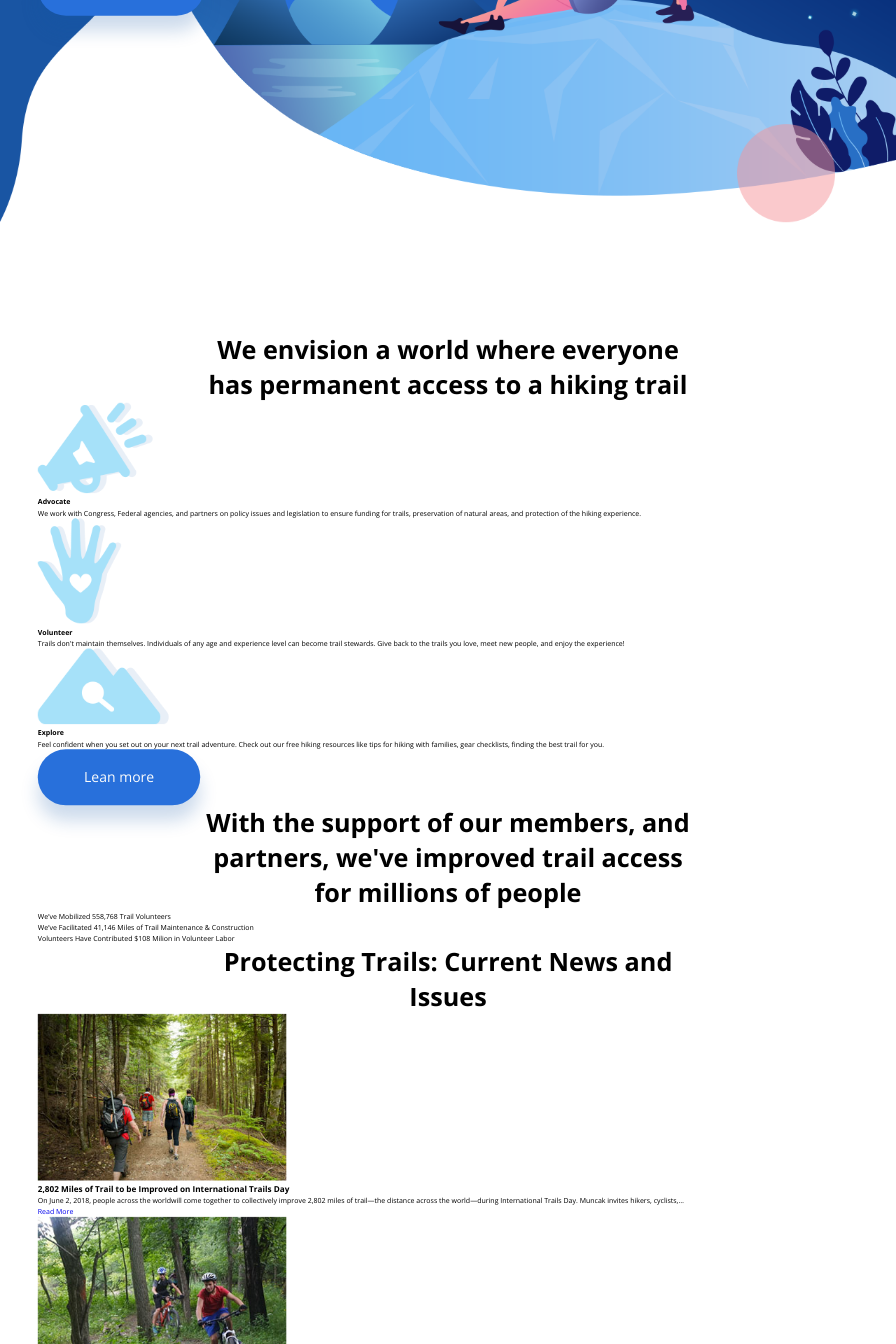
Repository: huubinh98/Project
Page: muncak/index.html
These files come from the project's save history. The page is drawn as it stood at one moment and after the next save; the edit follows.
The browser window is 1280 px wide. The pictures show the part of the page from y = 709 to 2629 px (the page is 3513 px tall), at 70% of full size.

Above is the page before, as saved 2021-08-28 17:19:46.

### muncak/index.html
<!DOCTYPE html>
<html lang="en">

<head>
    <meta charset="UTF-8">
    <meta http-equiv="X-UA-Compatible" content="IE=edge">
    <meta name="viewport" content="width=device-width, initial-scale=1.0">
    <link rel="stylesheet" href="./style.css">
    <link rel="preconnect" href="https://fonts.googleapis.com">
    <link rel="preconnect" href="https://fonts.gstatic.com" crossorigin>
    <link href="https://fonts.googleapis.com/css2?family=Open+Sans:wght@300;400;600;700&display=swap" rel="stylesheet">
    <title>Muncak</title>
</head>

<body>
    <header class="header">
        <div class="container header-nav">
            <h1 class="logo"><a href="" class="logo-link"><img src="./image/Muncak.png" alt="" class="logo-img"></a>
            </h1>
            <ul class="nav-list">
                <li class="nav-item">
                    <a href="" class="nav-item-link">Home</a>
                </li>
                <li class="nav-item">
                    <a href="" class="nav-item-link">Go Hiking</a>
                </li>
                <li class="nav-item">
                    <a href="" class="nav-item-link">About</a>
                </li>
                <li class="nav-item">
                    <a href="" class="nav-item-link nav-highlight">Login</a>
                </li>
            </ul>
        </div>
        <div class="container-small">
            <h1 class="heading-banner">Lets get the top of Moutain</h1>
            <p class="heading-desc">Here is the hiking information you need to decide
                if it is right for you, and to make it more interesting,
                enjoyable, and safe.</p>
            <a href="#" class="btn c"> Get Started</a>
        </div>
    </header>
    <section class="about">
        <div class="container-small">
            <h2 class="heading-name">We envision a world where everyone
                has permanent access to a hiking trail</h2>
            <div class="about-item">
                <img src="./image/loa.png" alt="loa" class="about-img">
                <div class="about-content">
                    <h4 class="about-content-heading">Advocate</h4>
                    <p class="about-content-desc">We work with Congress, Federal agencies, and partners on policy issues
                        and legislation to ensure funding for trails, preservation of natural areas, and protection of
                        the hiking experience.</p>
                </div>
            </div>
            <div class="about-item">
                <img src="./image/bantay.png" alt="loa" class="about-img">
                <div class="about-content">
                    <h4 class="about-content-heading">Volunteer </h4>
                    <p class="about-content-desc">Trails don't maintain themselves. Individuals of any age and
                        experience level can become trail stewards. Give back to the trails you love, meet new people,
                        and enjoy the experience!</p>
                </div>
            </div>
            <div class="about-item">
                <img src="./image/nui.png" alt="loa" class="about-img">
                <div class="about-content">
                    <h4 class="about-content-heading">Explore</h4>
                    <p class="about-content-desc">Feel confident when you set out on your next trail adventure. Check
                        out our free hiking resources like tips for hiking with families, gear checklists, finding the
                        best trail for you.</p>
                </div>
            </div>
            <a href="" class="btn">Lean more</a>
        </div>
        <div class="container-small">
            <h2 class="heading-name">With the support of our members, and partners, we've improved trail access for millions of people</h2>
            <div class="customer-content">
                <p class="customer-text">We’ve Mobilized <span>558,768</span> Trail Volunteers</p>
                <p class="customer-text">We’ve Facilitated <span>41,146</span>
                    Miles of Trail Maintenance & Construction</p>
                <p class="customer-text">Volunteers Have Contributed <span>$108 Milion</span> in Volunteer Labor</p>
            </div>
        </div>
    </section>

    <!-- -----------new--------------- -->
    <section class="new">
        <div class="container-small">
            <h2 class="heading-name">Protecting Trails: Current News and Issues</h2>
            <div class="new-content">
                <div class="new-item">
                    <a href="#" class="new-item-link">
                        <img src="./image/pic1.jpg" alt="pic1" class="new-item-img">
                    </a>
                    <div class="new-item-text">
                        <h3 class="new-item-name">2,802 Miles of Trail to be Improved on International Trails Day</h3>
                        <p class="new-item-desc">On June 2, 2018, people across the worldwill come together to
                            collectively improve 2,802 miles of trail—the distance across the world—during International
                            Trails Day. Muncak invites hikers, cyclists,…</p>
                        <a href="#" class="new-item-link">Read More</a>
                    </div>
                </div>
                <div class="new-item">
                    <a href="#" class="new-item-link">
                        <img src="./image/pic2.jpg" alt="pic1" class="new-item-img">
                    </a>
                    <div class="new-item-text">
                        <h3 class="new-item-name">Four Ways to Celebrate International Trails Day on a Bicycle</h3>
                        <p class="new-item-desc">There are many ways to celebrate the International Trails Day on June 2. It’s even possible to participate on a bicycle. And if you go on a bike overnight trip during International Trails Dayyou will simultaneously…</p>
                        <a href="#" class="new-item-link">Read More</a>
                    </div>
                </div>
                <div class="new-item">
                    <a href="#" class="new-item-link">
                        <img src="./image/pic3.jpg" alt="pic1" class="new-item-img">
                    </a>
                    <div class="new-item-text">
                        <h3 class="new-item-name">Millennials are the Future of our Trails</h3>
                        <p class="new-item-desc">The smell of fresh dew is a welcome scent, as the crunch of my boots melds with the sound of the birds singing their morning song. It’s early and I am wearing layers, but it won’t be long until they are peeled away to adapt to the summer…</p>
                        <a href="#" class="new-item-link">Read More</a>
                    </div>
                </div>
            </div>
        </div>
    </section>

    <div class="contact-footer">
        <div class="container">
            <h5 class="contact-heading">Receive the latest updates on how to protect trails.
                Subscribe to the monthly edition of Paperless Trails.</h5>
            <form action="">
                <input type="text" name="Name" id="" class="form-input">
                <input type="text" name="Email" id="" class="form-input">
                <button type="submit">Subscribe</button>
            </form>
        </div>
        <footer class="footer container">
            <div class="footer-info">
                <div class="footer-item">
                    <h4>Contact US</h4>
                    <p>Muncak hiking society
                        8605 Second Ave.
                        Silver Spring, MD 20910</p>
                    <p>
                        <span>Info@muncak.org</span>
                        <span>1-301-565-6704 (Main)</span>
                        <span>1-800-972-8608 (Toll-free)</span>
                    </p>
                </div>
                <div class="footer-item">
                    <h4>About us</h4>
                    <ul>
                        <li>
                            <a href="">Our Mission</a>
                        </li>
                        <li>
                            <a href="">Our Team</a>
                        </li>
                        <li>
                            <a href="">Corporate Sponsors</a>
                        </li>
                        <li>
                            <a href="">Financials</a>
                        </li>
                        <li>
                            <a href="">Media Center</a>
                        </li>
                    </ul>
                </div>
                <div class="footer-item">
                    <h4>Our Programs</h4>
                    <ul>
                        <li>
                            <a href="">Hike The Hill</a>
                        </li>
                        <li>
                            <a href="">Volunteer Vacations</a>
                        </li>
                        <li>
                            <a href="">Alternative Break</a>
                        </li>
                    </ul>
                </div>
                <div class="footer-item">
                    <h4>support trails</h4>
                    <ul>
                        <li>
                            <a href="">Donate</a>
                        </li>
                        <li>
                            <a href="">Individual Membership</a>
                        </li>
                        <li>
                            <a href="">Gift membership</a>
                        </li>
                        <li>
                            <a href="">Hiker Store</a>
                        </li>
                    </ul>
                </div>
                <div class="footer-item">
                    <h4>hiking resources</h4>
                    <ul>
                        <li>
                            <a href="">Hikes Near You</a>
                        </li>
                        <li>
                            <a href="">Hiking 101</a>
                        </li>
                        <li>
                            <a href="">Muncak Blog</a>
                        </li>
                        <li>
                            <a href="">Hiking Organizations</a>
                        </li>
                    </ul>
                </div>
            </div>
            <ul class="socical">
                <li class="socical-item">
                    <a href="" class="socical-item-link">
                        <img src="./image/instar.png" alt="" class="socical-item-img">
                    </a>
                </li>
                <li class="socical-item">
                    <a href="" class="socical-item-link">
                        <img src="./image/facebook.png" alt="" class="socical-item-img">
                    </a>
                </li>
                <li class="socical-item">
                    <a href="" class="socical-item-link">
                        <img src="./image/tiwer.png" alt="" class="socical-item-img">
                    </a>
                </li>
            </ul>
        </footer>
    </div>
</body>

</html>

### muncak/style.css
* {
    margin: 0;
    padding: 0;
    box-sizing: border-box;
}

html {
    font-size: 62.5%;
    line-height: 1.6rem;
    font-family: 'Open Sans', sans-serif;
    scroll-behavior: smooth;
}

ul, li {
    list-style: none;
}

a {
    text-decoration: none;
}

.container {
    max-width: 1404px;
    width: 100%;
    margin: 0 auto;
}

.container-small {
    max-width: 1172px;
    width: 100%;
    margin: 0 auto;
}

.btn {
    font-size: 2rem;
    line-height: 8rem;
    color: #fbfcfc;
    background-color: #2870db;
    border-radius: 40px;
    display: inline-block;
    padding: 0 66px;
    box-shadow: 0 22px 24px rgba(17, 83, 165, 0.21);
}

.btn:hover {
    background-color: #1153a5;
}

.header {
    margin: 0 auto;
    max-width: 1900px;
    height: 1026px;
    background-color: white;
    background-image: url(./image/backgroudleft1.png), url(./image/Muncak-Landing-Page.png);
    background-position: left bottom, right top;
    background-repeat: no-repeat, no-repeat;
}

.header-nav {
    display: flex;
    justify-content: space-between;
    padding-top: 85px;
}

.logo{

}
.logo-link{

}
.logo-img{

}
.nav-list{

}
.nav-item{
    display: inline-block;
}
.nav-item-link{
    font-size: 1.8rem;
    font-weight: 400;
    line-height: 3.6rem;
    color: #fff;
    padding: 0 36px;
    display: inline-block;
}

.nav-highlight {
    background-color: #fff;
    color: #14215e;
    border-radius: 14px;
}

.heading-banner {
    font-size: 5rem;
    line-height: 6rem;
    color: #1c2056;
    margin-top: 144px;
    max-width: 400px;
}

.heading-desc {
    font-size: 1.8rem;
    line-height: 4rem;
    color: rgba(45, 32, 88, 0.65);
    max-width: 400px;
    margin-top: 43px;
    margin-bottom: 103px;
}

.btn-heading {
    margin-bottom: 310px;
}


/* -----------about---------------- */
.about {
    padding-top: 158px;
}

.heading-name {
    font-size: 3.6rem;
    line-height: 5rem;
    max-width: 700px;
    text-align: center;
    margin: 0 auto;

}

After the next save:
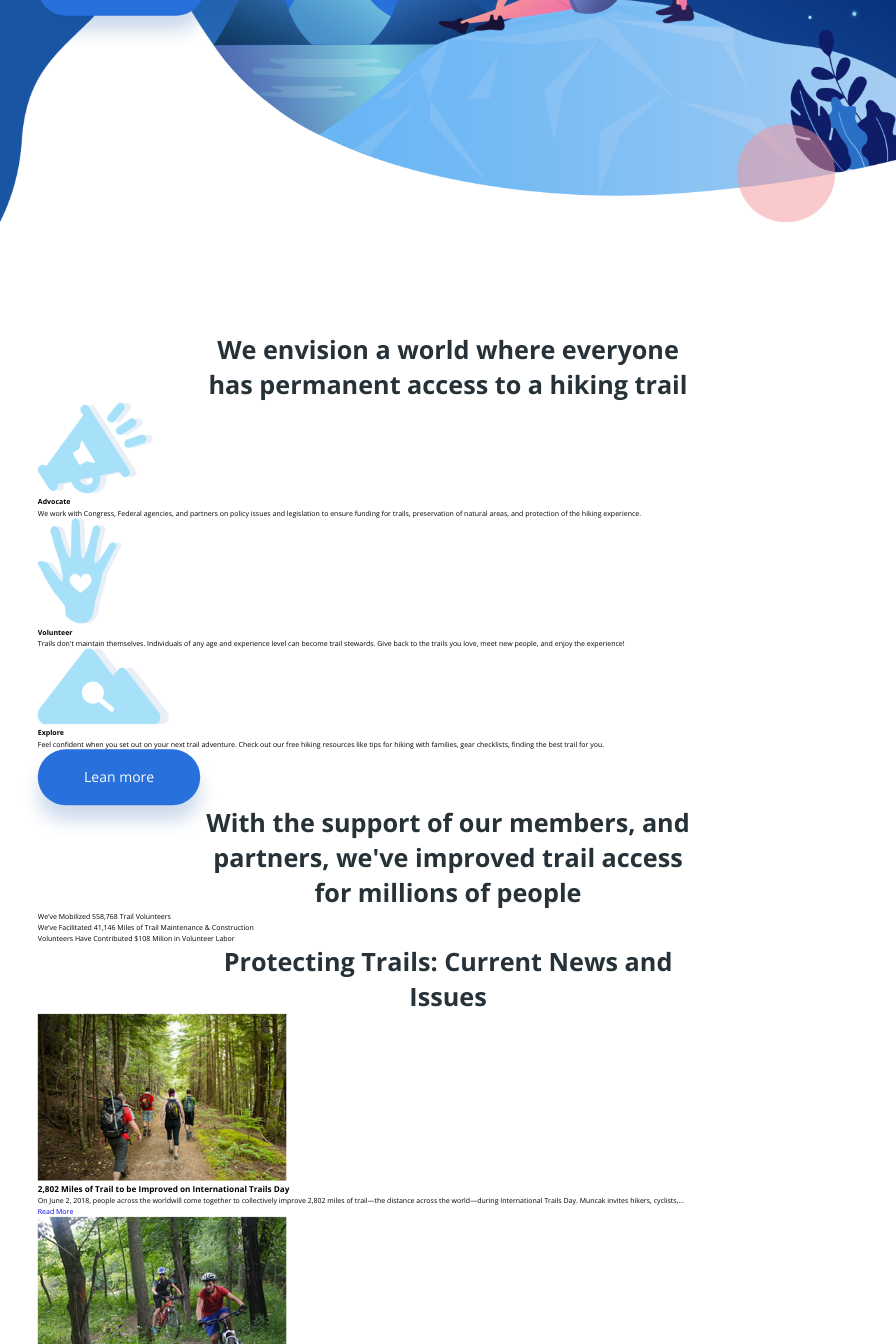
Saved 19 s later.
--- a/muncak/style.css
+++ b/muncak/style.css
@@ -125,5 +125,5 @@ a {
     max-width: 700px;
     text-align: center;
     margin: 0 auto;
-
+    color: #263238;
 }
